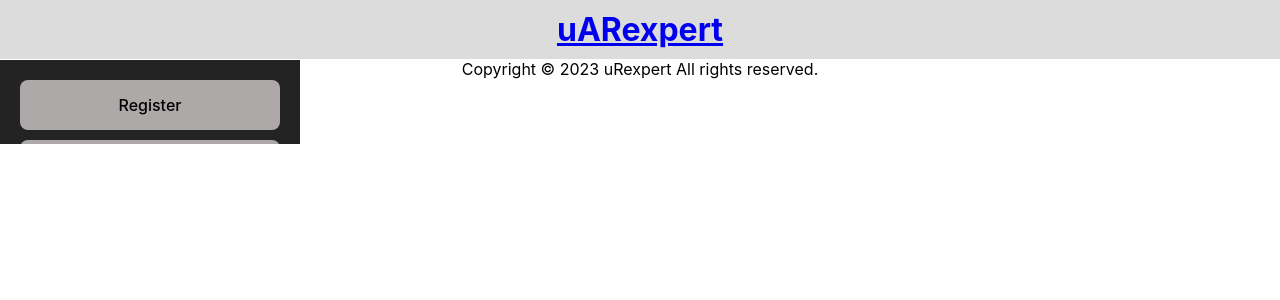
Repository: onionNguyen/Senior-Design-Project
Page: / (app in frontend/)
The author's editor kept a copy of each file at every save. The page is drawn from the files as they stood at one save, then again after the next save.
The browser window is 1280 px wide. The pictures show the whole page.
The page's requests for data from a server got no answer. The project was rebuilt for these pictures with package versions that can differ from the ones it lists, and the page was loaded fresh each time. No one was signed in, and anything a server would have sent is missing. Also part of the build but not shown: frontend/src/components/form/Form.module.css, frontend/src/components/form/Input.js, frontend/src/components/pages/edit-user-profile/EditProfile.module.css, frontend/src/components/form/IndicatesRequired.js, frontend/src/components/form/MessageRibbon.js, frontend/src/components/pages/edit-user-profile/EditProfile.js, frontend/src/components/pages/login/Login.module.css, frontend/src/components/pages/login/Login.js and 7 more.

Above is the page before, as saved 2023-10-27 13:44:04.

### frontend/src/index.css
* {
  box-sizing: border-box;
  margin: 0;
  padding: 0;
}

body {
  font-family: -apple-system, BlinkMacSystemFont, "Segoe UI", "Roboto", "Oxygen",
    "Ubuntu", "Cantarell", "Fira Sans", "Droid Sans", "Helvetica Neue",
    sans-serif;
  -webkit-font-smoothing: antialiased;
  -moz-osx-font-smoothing: grayscale;
}

code {
  font-family: source-code-pro, Menlo, Monaco, Consolas, "Courier New",
    monospace;
}

### frontend/src/App.js
import { BrowserRouter as Router, Routes, Route } from "react-router-dom";
import EditProfile from "./components/pages/edit-user-profile/EditProfile";
import Login from "./components/pages/login/Login";
import Home from "./components/pages/home/Home";
import Register from "./components/pages/registration/Register";
import { AuthContext } from "./helpers/AuthContext";
import { useState, useEffect } from "react";
import axios from "axios";
import NotFound from "./components/pages/error/NotFound";
import Calendar from "./components/pages/calendar/Calendar";
import RemoteViewing from "./components/pages/remote-viewing/RemoteViewing";

function App() {
  const [authState, setAuthState] = useState({
    id: 0,
    name: "",
    email: "",
    status: false,
  });

  useEffect(() => {
    axios
      .get("http://localhost:5000/auth", {
        headers: {
          accessToken: localStorage.getItem("accessToken"),
        },
      })
      .then((response) => {
        console.log(response.data);
        if (response.data.error) {
          setAuthState({
            ...authState,
            status: false,
          });
        } else {
          setAuthState({
            id: response.data.id,
            name: response.data.name,
            email: response.data.email,
            status: true,
          });
        }
      });
  }, [authState]);

  return (
    <AuthContext.Provider value={{ authState, setAuthState }}>
      <Router>
        <Routes>
          <Route path="/" exact element={<Home />} />
          <Route path="/register" exact element={<Register />} />
          <Route path="/login" exact element={<Login />} />
          <Route path="/profile/edit" exact element={<EditProfile />} />
          <Route path="/calendar" exact element={<Calendar />} />
          <Route path="/remote-viewing" exact element={<RemoteViewing />} />
          <Route path="*" exact element={<NotFound />} />
        </Routes>
      </Router>
    </AuthContext.Provider>
  );
}

export default App;

### frontend/src/components/pages/home/Home.js
import React, { useEffect, useContext } from "react";
import SideNav from "../../sidenav/SideNav";
import Footer from "../../footer/Footer";
import Header from "../../header/Header";
import styles from "./Home.module.css";
import { AuthContext } from "../../../helpers/AuthContext";
import Unauthorized from "../error/Unauthorized";

const Home = () => {
  const { authState } = useContext(AuthContext);

  return authState ? (
    <div>
      <Header />
      <SideNav />
      <Footer />
    </div>
  ) : (
    <Unauthorized />
  );
};

export default Home;

### frontend/src/components/footer/Footer.js
import React from "react";
import styles from "./Footer.module.css";

const Footer = () => {
  return (
    <div className={styles["footer"]}>
      <p>Copyright &copy; 2023 uRexpert All rights reserved.</p>
    </div>
  );
};

export default Footer;

### frontend/src/components/header/Header.js
import React from "react";
import styles from "./Header.module.css";
import { useContext } from "react";
import { AuthContext } from "../../helpers/AuthContext";
import { useNavigate, Link } from "react-router-dom";

const Header = () => {
  const { authState, setAuthState } = useContext(AuthContext);
  const navigate = useNavigate();

  const logout = () => {
    localStorage.removeItem("accessToken");
    setAuthState({
      id: 0,
      name: "",
      email: "",
      status: false,
    });
    navigate("/login");
  };

  return (
    <div className={styles["header"]}>
      <Link to="/">
        <h1>uARexpert</h1>
      </Link>
      {authState.status && <h2>{authState.name}</h2>}
      {authState.status && <button onClick={logout}>Logout</button>}
    </div>
  );
};

export default Header;

### frontend/src/components/sidenav/SideNav.js
import React from "react";
import styles from "./SideNav.module.css";
import { Link } from 'react-router-dom';

const SideNav = (props) => {
  return (
    <div className={styles.sidenav}>
      <ul className={styles.listGroup}>
        <li className={styles.listItem}>
          <Link to="/register">Register</Link>
        </li>
        <li className={styles.listItem}>
          <Link to="/profile/edit">Edit User Profile</Link>
        </li>
        <li className={styles.listItem}>
          <Link to="/remote-viewing">Remote Viewing</Link>
        </li>
        <li className={styles.listItem}>
          <Link to="/calendar">Calendar</Link>
        </li>
      </ul>
    </div>
  );
};

export default SideNav;

### frontend/src/components/header/Header.module.css
.header {
  display: flex;
  justify-content: center;
  align-items: center;
  background-color: gainsboro;
  padding: 10px 20px;
}

.left-aligned {
  display: flex;
  align-items: center;
}

#logo img {
  margin-right: 15px; /* Adjust as needed */
}

### frontend/src/components/sidenav/SideNav.module.css
.sidenav {
  height: calc(20vh - 60px);
  width: 300px; /* Fixed width to ensure uniform look across different screens */
  max-width: 80%; /* Ensure it doesn't consume too much space on smaller screens */
  z-index: 1;
  top: 60px;
  left: 0;
  background-color: #232323; /* Darker color for contrast */
  transition: 0.5s ease;
  overflow-x: hidden;
  padding: 20px;
  display: flex;
  flex-direction: column;
  align-items: center;
  position: fixed;
  overflow-y: auto;
}

.listGroup {
  width: 100%;
  list-style-type: none;
  padding: 0;
}

.listItem {
  width: 100%;
  padding: 15px 10px;
  text-align: center;
  margin-bottom: 10px;
  border-radius: 8px; /* Added border radius */
  background-color: #ada9a8;
  transition: background-color 0.3s ease; /* Transition effect for hover */
}

.listItem:hover {
  background-color: #7a7675; /* Change color on hover */
}

.listItem a {
  text-decoration: none;
  color: black; /* Ensure text is black, change as per your preference */
  font-weight: 500; /* Slightly bolder font */
  transition: color 0.3s ease; /* Transition effect for hover */
}

.listItem a:hover {
  color: white; /* Change color on hover */
}

Loaded but not shown: frontend/public/index.html (common file); frontend/src/index.js (common file); frontend/src/reportWebVitals.js (common file); frontend/src/helpers/AuthContext.js (common file); frontend/src/components/footer/Footer.module.css (common file)

After the next save:
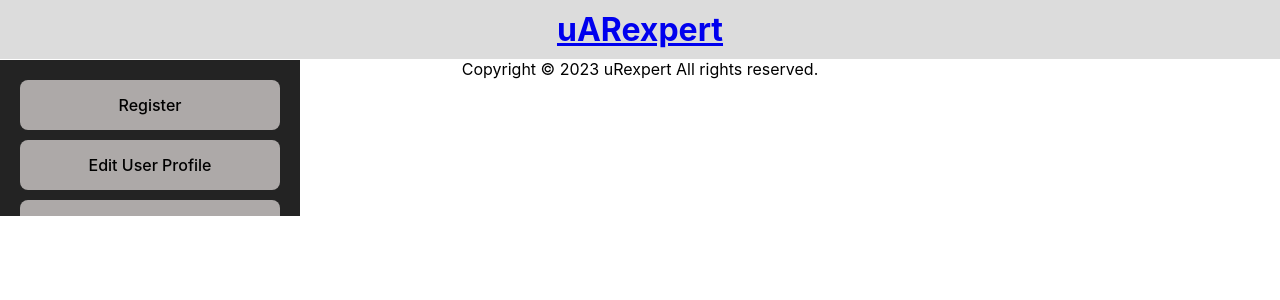
Saved 4 s later.
--- a/frontend/src/components/sidenav/SideNav.module.css
+++ b/frontend/src/components/sidenav/SideNav.module.css
@@ -1,5 +1,5 @@
 .sidenav {
-  height: calc(20vh - 60px);
+  height: calc(30vh - 60px);
   width: 300px; /* Fixed width to ensure uniform look across different screens */
   max-width: 80%; /* Ensure it doesn't consume too much space on smaller screens */
   z-index: 1;
